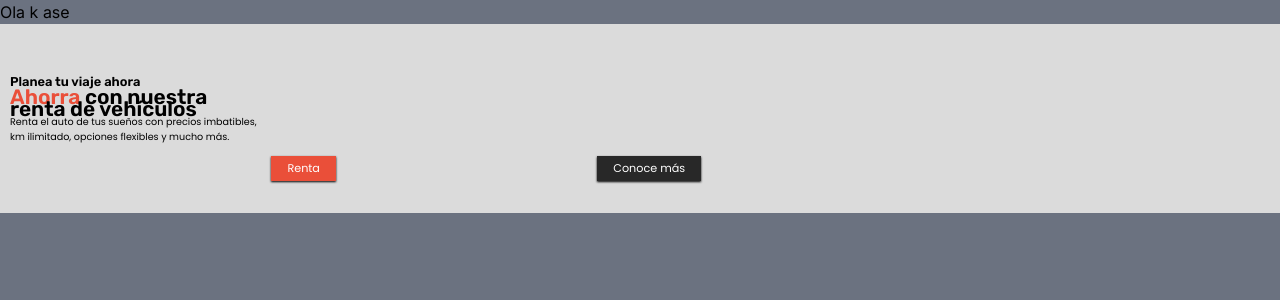
Repository: aldovelacasas/PF_RentCar2
Page: /homePage
An editor plug-in stored every save of this project. The page is shown before and after the next save, followed by the edit.
The browser window is 1280 px wide. The pictures show the whole page.
The project was rebuilt for these pictures with package versions that can differ from the ones it lists, and the page was loaded fresh each time. The framework's server and built-in components were replaced by stand-ins that run in the browser. Also part of the build but not shown: next.config.js.

Above is the page before, as saved 2023-08-29 19:24:15.

### src/app/layout.jsx
import "./globals.css";
import { Inter } from "next/font/google";

const inter = Inter({ subsets: ["latin"] });

export const metadata = {
  title: "Create Next App",
  description: "Generated by create next app",
};

export default function RootLayout({ children }) {
  return (
    <html lang="en">
      <body className={inter.className}>
        <h1>Ola k ase</h1>
        <div className="h-[calc(100vh-5rem)]">{children}</div>
      </body>
    </html>
  );
}

### src/app/homePage/page.jsx
import { Rubik, Poppins } from "next/font/google";

const fontRubik = Rubik({
  weight: "600",
  subsets: ["latin"],
});

const fontPoppins = Poppins({
  weight: "400",
  subsets: ["latin"],
});
const poppins = fontPoppins.className;
const rubik = fontRubik.className;

function HomePage() {
  return (
    <div className={`bg-gris_fondo ${rubik} space-y-0 space-x-2.5`}>
      <p className={`pt-12 ml-2.5 text-[0.8em]`}>Planea tu viaje ahora</p>
      <p className="text-[1.3em] mb-0 pb-0 leading-3">
        <span className="text-naranja_enf mb-0 pb-0 leading-3">Ahorra </span>
        con nuestra
      </p>
      <p className="text-[1.3em] mt-0 pt-0 leading-3">renta de vehículos</p>
      <div>
        <p className={`${poppins} text-[0.6em]`}>
          Renta el auto de tus sueños con precios imbatibles,
        </p>
        <p className={`${poppins} text-[0.6em]`}>
          km ilimitado, opciones flexibles y mucho más.
        </p>
        <div className="flex place-content-evenly w-3/4 mt-3 pb-8">
          <a
            href="#form"
            className={`bg-naranja_enf text-white text-[0.7em] px-4 py-1 ${poppins} shadow-sm shadow-black`}>
            Renta
          </a>
          <a
            href="#form"
            className={`bg-negro_fondo text-white text-[0.7em] px-4 py-1 ${poppins} shadow-sm shadow-black`}>
            Conoce más
          </a>
        </div>
      </div>
    </div>
  );
}

export default HomePage;

### src/app/api/products/[id]/route.js
import { NextResponse } from "next/server";
import {conn} from "@/libs/mysql"

export async function GET(request,{params}){
  try {
    const result = await conn.query("SELECT * FROM product WHERE id = ?", [params.id])
    if(result.length === 0 ){
        return NextResponse.json(
         {
            message: "producto no encontrado",
         },
         {
            status:404,
         }
        );
    }
    return NextResponse.json(result[0])
  } catch (error) {
    return NextResponse.json(
        {
            message:error.message,
        },
        {status: 500}
    )
  }
}

export async function DELETE (request,{params} ){
    try {
     const result = await conn.query("DELETE FROM product WHERE id = ?", [params.id]);
     if(result.affectedRows === 0){
         return NextResponse.json({message:"Producto no encontrado"},{status:404})
     }

     return new Response (null, {status: 204})
 } catch (error) {
     return NextResponse.json({message:error.message},{status:500})
 }
    }

export async  function PUT(request, {params}){
   try {
    const data = await request.json()
    const result = await conn.query("UPDATE product SET ? WHERE id = ?", [data , params.id])

    if (result.affectedRows === 0) {
        return NextResponse.json(
        {
            message: "producto no encontrado",
        },
        {
            status: 400,
        }
        )
    }
     const updateProduct = await conn.query("SELECT * FROM product WHERE id = ?", [params.id])

  return NextResponse.json(updateProduct[0])

   } catch (error) {
    return NextResponse.json(
        {
            message: error.message,
        },
        { status: 500}
    )
   }
}

### src/app/api/products/route.js
import { NextResponse } from "next/server";
import {conn} from "@/libs/mysql";

export async function GET(){
    try {
        const results = await conn.query("SELECT * FROM product");
        return NextResponse.json(results)

    } catch (error) {
        return NextResponse.json(
        {
          message: error.message,
        },
        {
            status:500,
        }

        );
    }
}

    export async function POST (request) {
  try {
    const {name, price, year, model, capacity, type, description, image, transmission,  }= await request.json();

    const result  = await conn.query("INSERT INTO product SET ?", {
        name,
        price,
        year,
        model,
        capacity,
        type,
        transmission,
        image,
        description

    })

    return NextResponse.json({
        name,
        price,
        year,
        model,
        capacity,
        type,
        transmission,
        image,
        description,
        id: result.insertId,

    })

  } catch (error) {
    console.log(error);
    return NextResponse.json(
    {
        message: error.message,
    },
    {
        status:500,
    }
    );
  }

}

### src/app/globals.css
@tailwind base;
@tailwind components;
@tailwind utilities;

body {
   @apply bg-gray-500; /* Fondo más claro */
   color: gray-800; /* Texto oscuro */
}

### tailwind.config.js
/** @type {import('tailwindcss').Config} */
module.exports = {
  content: [
    "./src/pages/**/*.{js,ts,jsx,tsx,mdx}",
    "./src/components/**/*.{js,ts,jsx,tsx,mdx}",
    "./src/app/**/*.{js,ts,jsx,tsx,mdx}",
  ],
  theme: {
    extend: {
      backgroundImage: {
        "gradient-radial": "radial-gradient(var(--tw-gradient-stops))",
        "gradient-conic":
          "conic-gradient(from 180deg at 50% 50%, var(--tw-gradient-stops))",
      },
      colors: {
        gris_fondo: "#dbdbdb",
        gris_frente: "#e9e9e9",
        negro_fondo: "#282828",
        naranja_enf: "#ea4f39",
        rojo_status: "#e30613",
        verde_status: "#4aaf4d",
        amarillo_status: "#f0e400",
      },
    },
  },
  plugins: [],
};

Loaded but not shown: src/app/api/bookings/[id]/route.js (no copy from this time; the picture is the same without it); src/app/api/bookings/route.js (no copy from this time; the picture is the same without it); src/app/api/create-payment-intent/route.js (no copy from this time; the picture is the same without it); src/app/api/post/[id]/route.js (no copy from this time; the picture is the same without it); src/app/api/post/route.js (no copy from this time; the picture is the same without it); src/app/api/users/[id]/route.js (no copy from this time; the picture is the same without it); src/app/api/users/route.js (no copy from this time; the picture is the same without it)

After the next save:
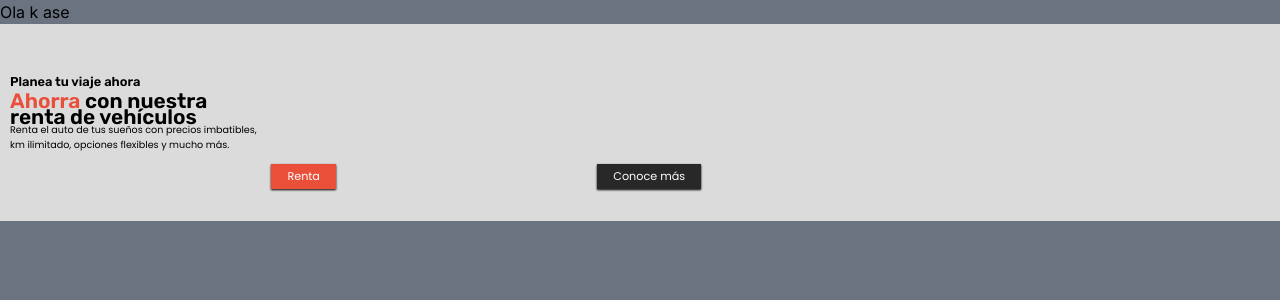
Saved 8 s later.
--- a/src/app/homePage/page.jsx
+++ b/src/app/homePage/page.jsx
@@ -16,7 +16,7 @@ function HomePage() {
   return (
     <div className={`bg-gris_fondo ${rubik} space-y-0 space-x-2.5`}>
       <p className={`pt-12 ml-2.5 text-[0.8em]`}>Planea tu viaje ahora</p>
-      <p className="text-[1.3em] mb-0 pb-0 leading-3">
+      <p className="text-[1.3em] mb-0 pb-0 leading-5">
         <span className="text-naranja_enf mb-0 pb-0 leading-3">Ahorra </span>
         con nuestra
       </p>
